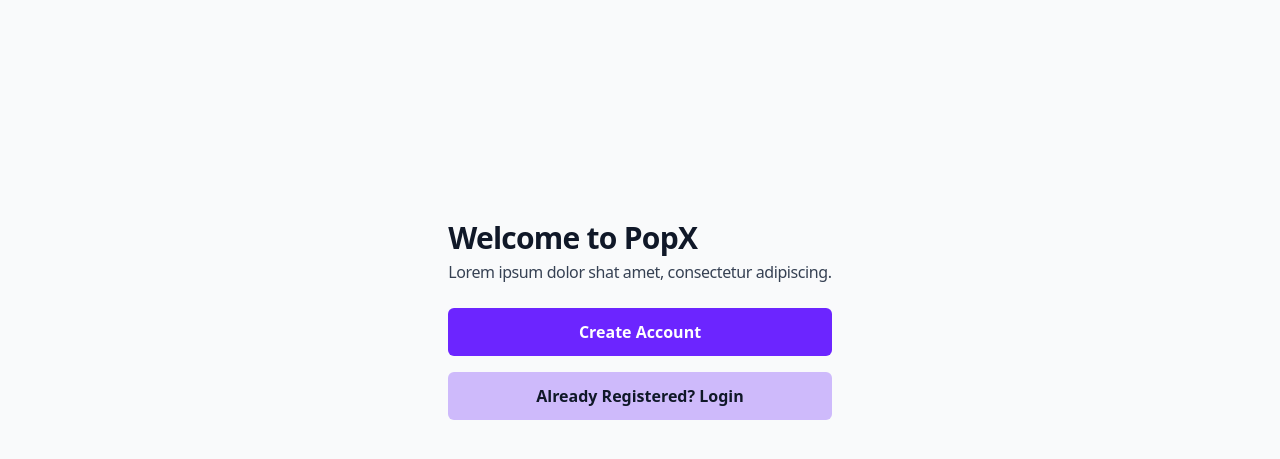
Repository: tanayburbure/inter
Page: /
An editor plug-in stored every save of this project. The page is shown before and after the next save, followed by the edit.
The browser window is 1280 px wide. The pictures show the whole page.
The project was rebuilt for these pictures with package versions that can differ from the ones it lists, and the page was loaded fresh each time. Also part of the build but not shown: vite.config.js, src/pages/Login.jsx, src/pages/Signup.jsx, src/pages/Account.jsx.

Above is the page before, as saved 2025-06-18 10:10:56.

### src/App.jsx
import React from "react";
import { BrowserRouter as Router, Routes, Route, useLocation, useNavigate } from "react-router-dom";
import Welcome from "./pages/Welcome";
import Login from "./pages/Login";
import Signup from "./pages/Signup";
import Account from "./pages/Account";
import { UserProvider } from "./pages/UserContex";

// BackButton Component (only hidden on Welcome page)
function BackButton() {
  const location = useLocation();
  const navigate = useNavigate();

  // Hide on Welcome page (works for both local and production)
  const isWelcomePage = location.pathname === "/" ||
                       location.pathname === "/POP/" ||
                       location.pathname === "/POP";
  if (isWelcomePage) return null;

  return (
    <button
      onClick={() => navigate(-1)}
      className="absolute top-4 left-4 px-3 py-2 text-lg border border-gray-500 rounded-lg font-bold shadow text-sm hover:bg-[#CEBAFB]"
    >
      ←Back
    </button>
  );
}

// AppContent - maintains all existing functionality
function AppContent() {
  return (
    <div className="relative min-h-screen bg-gray-100 text-gray-900">
      <BackButton />
      <Routes>
        <Route path="/" element={<Welcome />} />
        <Route path="/login" element={<Login />} />
        <Route path="/signup" element={<Signup />} />
        <Route path="/account" element={<Account />} />
      </Routes>
    </div>
  );
}

export default function App() {
  return (
    <UserProvider>
      <Router basename={import.meta.env.BASE_URL || "/"}>
        <AppContent />
      </Router>
    </UserProvider>
  );
}

### src/pages/Welcome.jsx
import { useNavigate } from 'react-router-dom';

export default function Welcome() {
  const navigate = useNavigate();

  return (
    <div className="min-h-screen md:items-center mg:justify-center lg:items-center lg:justify-center flex flex-col justify-end px-6 py-12 bg-gray-50">
      <div className="mb-20">
        <h1 className="text-3xl font-bold mb-1 tracking-tight font-[]">Welcome to PopX</h1>
        <p className="text-md text-gray-700 mb-6 tracking-tight">
          Lorem ipsum dolor shat amet, consectetur adipiscing.
        </p>
        <button
          onClick={() => navigate('/POP/signup')}
          className="w-full bg-[#6C25FF] text-white py-3 rounded-md font-semibold mb-4"
        >
          Create Account
        </button>
        <button
          onClick={() => navigate('/POP/login')}
          className="w-full bg-[#CEBAFB] py-3 rounded-md font-semibold"
        >
          Already Registered? Login
        </button>
      </div>
    </div>
  );
}

### src/pages/UserContex.jsx
import { createContext, useState, useContext } from "react";

const UserContext = createContext();

export function UserProvider({ children }) {
  const [userData, setUserData] = useState(null);
  return (
    <UserContext.Provider value={{ userData, setUserData }}>
      {children}
    </UserContext.Provider>
  );
}

export function useUser() {
  return useContext(UserContext);
}

Loaded but not shown: index.html (common file); src/main.jsx (common file); src/index.css (common file)

After the next save:
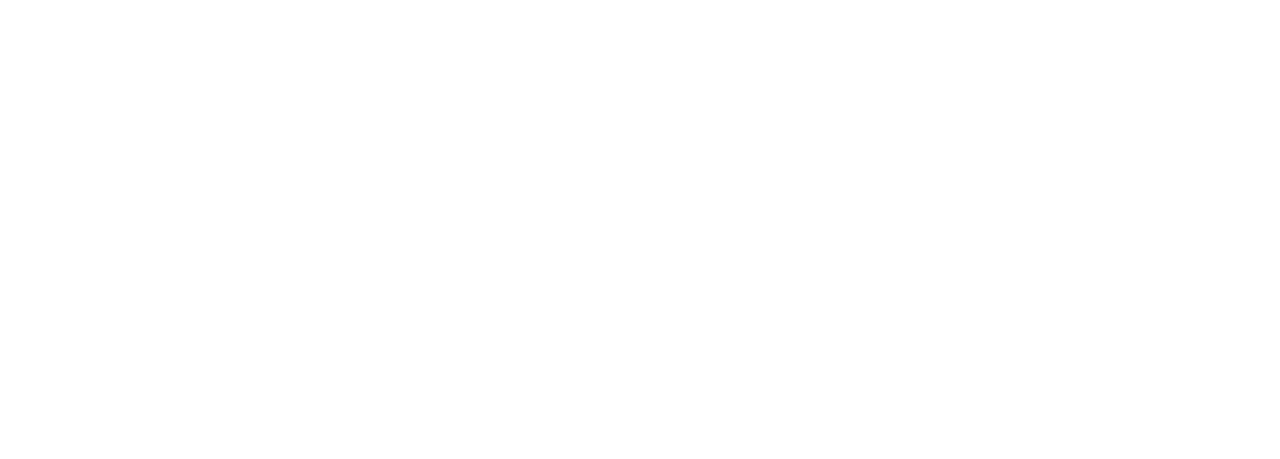
Saved 6 s later.
--- a/src/App.jsx
+++ b/src/App.jsx
@@ -11,11 +11,8 @@
   const location = useLocation();
   const navigate = useNavigate();
 
-  // Hide on Welcome page (works for both local and production)
-  const isWelcomePage = location.pathname === "/" ||
-                       location.pathname === "/POP/" ||
-                       location.pathname === "/POP";
-  if (isWelcomePage) return null;
+  // Hide on Welcome page (works with base path)
+  if (location.pathname === "/" || location.pathname === "/POP/") return null;
 
   return (
     <button
@@ -27,7 +24,7 @@
   );
 }
 
-// AppContent - maintains all existing functionality
+// AppContent separated to use Router hooks
 function AppContent() {
   return (
     <div className="relative min-h-screen bg-gray-100 text-gray-900">
@@ -45,7 +42,7 @@
 export default function App() {
   return (
     <UserProvider>
-      <Router basename={import.meta.env.BASE_URL || "/"}>
+      <Router basename="/POP">
         <AppContent />
       </Router>
     </UserProvider>

After the save that followed:
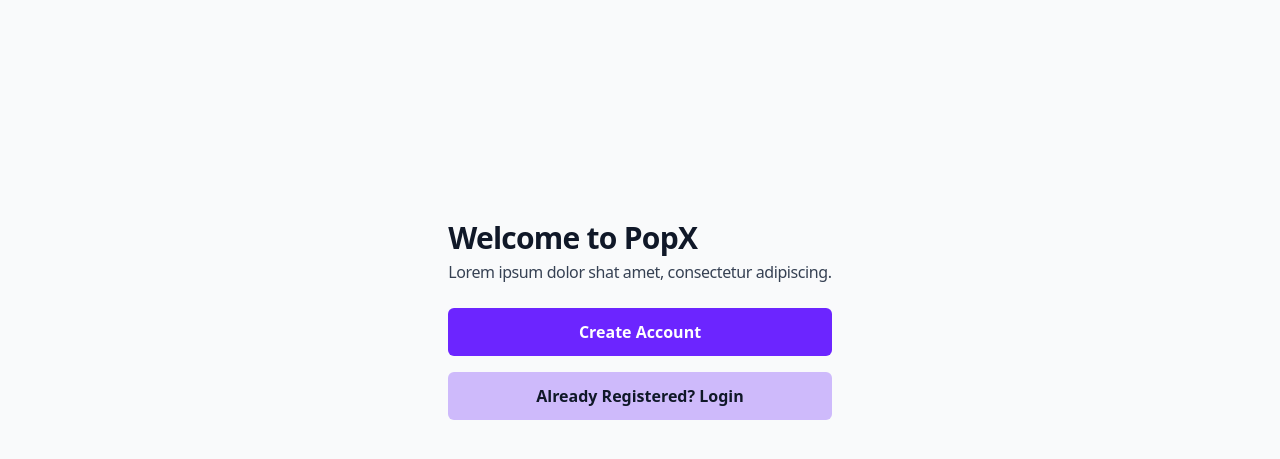
Saved 11 s later.
--- a/src/App.jsx
+++ b/src/App.jsx
@@ -11,8 +11,8 @@
   const location = useLocation();
   const navigate = useNavigate();
 
-  // Hide on Welcome page (works with base path)
-  if (location.pathname === "/" || location.pathname === "/POP/") return null;
+  // Hide on Welcome page
+  if (location.pathname === "/") return null;
 
   return (
     <button
@@ -29,8 +29,8 @@
   return (
     <div className="relative min-h-screen bg-gray-100 text-gray-900">
       <BackButton />
-      <Routes>
-        <Route path="/" element={<Welcome />} />
+     <Routes>
+        <Route path="/" element={<Welcome />} /> {/* Root path must be "/" */}
         <Route path="/login" element={<Login />} />
         <Route path="/signup" element={<Signup />} />
         <Route path="/account" element={<Account />} />
@@ -42,7 +42,7 @@
 export default function App() {
   return (
     <UserProvider>
-      <Router basename="/POP">
+      <Router>
         <AppContent />
       </Router>
     </UserProvider>
